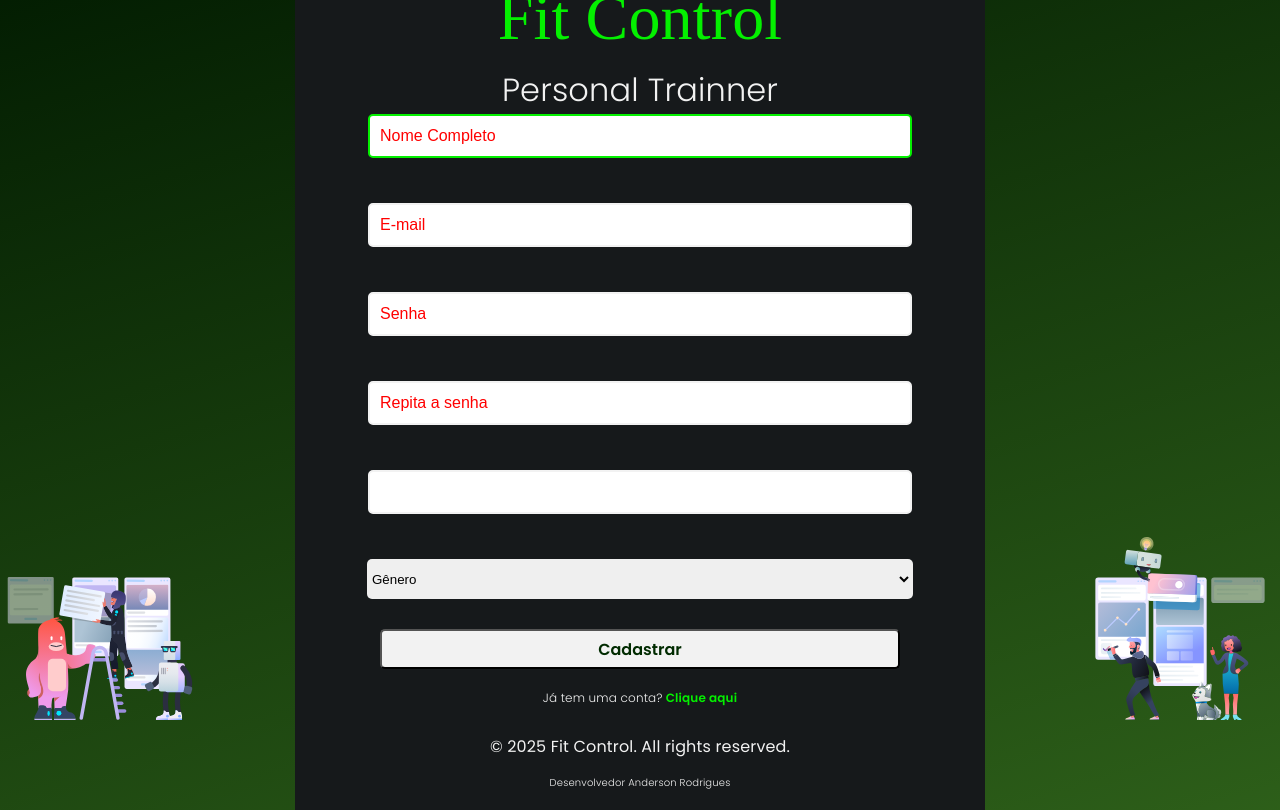
Repository: fit-control/frontend-fit-control
Page: /cadastro
These files come from the project's save history. The page is drawn as it stood at one moment and after the next save; the edit follows.
The browser window is 1280 px wide. The pictures show the whole page.
The page's requests for data from a server got no answer. Some web fonts or font styles are not loaded; a fallback is used. The project was rebuilt for these pictures with package versions that can differ from the ones it lists, and the page was loaded fresh each time. No one was signed in, and anything a server would have sent is missing. Also part of the build but not shown: next.config.js, vite.config.ts, src/components/containerCenterLogin.tsx, src/pages/About.tsx, src/pages/NotFound.tsx, src/components/AuthRoutes.tsx, src/pages/PaginaTeste.tsx.

Above is the page before, as saved 2025-03-23 17:20:14.

### src/main.tsx
import { StrictMode } from 'react'
import { createRoot } from 'react-dom/client'
import './App.css'
import App from './App.tsx'
import { AuthProvider } from './context/auth.tsx'

createRoot(document.getElementById('root')!).render(
  <StrictMode>
    <AuthProvider>
      <App />
    </AuthProvider>
  </StrictMode>,
)

### src/App.css
@import url('https://fonts.googleapis.com/css2?family=Alike+Angular&family=Platypi:ital,wght@0,300..800;1,300..800&family=Poppins:ital,wght@0,100;0,200;0,300;0,400;0,500;0,600;0,700;0,800;0,900;1,100;1,200;1,300;1,400;1,500;1,600;1,700;1,800;1,900&display=swap');
@import url('https://fonts.googleapis.com/css2?family=Aguafina+Script&family=Alike+Angular&family=Platypi:ital,wght@0,300..800;1,300..800&family=Poppins:ital,wght@0,100;0,200;0,300;0,400;0,500;0,600;0,700;0,800;0,900;1,100;1,200;1,300;1,400;1,500;1,600;1,700;1,800;1,900&display=swap');
/* @tailwind base;
@tailwind components;
@tailwind utilities; */

/* :root {
  --background: #ffffff;
  --foreground: #171717;
}

@media (prefers-color-scheme: light) {
  :root {
    --background: #0a0a0a;
    --foreground: #ededed;
  }
} */

body {
  padding: 0;
  margin: 0;
  font-family: Poppins, sans-serif;
  font-size: 16px;
  line-height: 1.5;
  font-weight: 400;
  width: 100vw;
  height: 100vh;
  letter-spacing: 0.01em;
  display: flex;
  justify-content: center;
  align-items: center;

  .iconPageLeft {
    position: absolute;
    left: 0;
    bottom: 0;
    max-width: 400px;
    max-height: 400px;

    @media (max-width: 1480px) {
      max-width: 300px;
      max-height: 300px;
    }
    @media (max-width: 1280px) {
      max-width: 200px;
      max-height: 200px;
    }
    @media (max-width: 930px) {
      display: none;
    }
  }
  .iconPageRight {
    position: absolute;
    right: 0;
    bottom: 0;
    max-width: 400px;
    max-height: 400px;

    @media (max-width: 1480px) {
      max-width: 300px;
      max-height: 300px;
    }

    @media (max-width: 1280px) {
      max-width: 200px;
      max-height: 200px;
    }
    @media (max-width: 930px) {
      display: none;
    }
  }

  .containerLogin {
    width: 650px;
    min-height: calc(100vh - 40px);
    display: flex;
    flex-direction: column;
    justify-content: space-between;
    padding: 20px;
    align-items: center;
    background-color: #16191B;

    @media (max-width: 930px) {
      width: calc(100vw - 40px);
      overflow: hidden;
    }
    .divTitle {
      margin-top: 40px;
      display: flex;
      flex-direction: column;
      align-items: center;
      justify-content: center;

      h1 {
        margin: 0;
        color: #04F000;
        font-family: 'Aguafina Script', cursive;
        font-size: 4rem;
        font-weight: 400;
      }
      h3 {
        margin: 0;
        color: #F2F2F2;
        font-family: 'Poppins', sans-serif;
        font-size: 2rem;
        font-weight: 300;
      }
      p {
        color: #F2F2F2;
        font-size: 12px;
        font-weight: 300;
        margin: 0;
        text-align: center;
        display: flex;
      }
    }
    p {
      text-align: center;
      display: flex;
      color: #F2F2F2;
    }
    footer {
      display: flex;
      flex-direction: column;
      align-items: center;
      justify-content: center;

      .assignDeveloper {
        margin: 0%;
        color: #F2F2F2;
        font-size: 10px;
        font-weight: 300;
      }
    }

    .centerCard {
      display: flex;
      flex-direction: column;
      align-items: center;
      justify-content: center;
      gap: 10px;
      width: -webkit-fill-available;

      select {
        width: 84%;
        border-radius: 5px;
        height: 40px;
        margin-bottom: 10px;
      }
      input {
        width: 80%;
        height: 40px;
        border: 2px solid #F2F2F2;
        border-radius: 5px;
        padding: 0 10px;
        /* background-color: #16191B; */
        color: #16191B;
        font-size: 16px;
        font-weight: 300;
        outline: none;
        margin-bottom: 35px;
        transition: all 0.3s ease;
        &::placeholder {
          color: red;
          font-size: 16px;
          font-weight: 300;
        }
        &:focus {
          border-color: #04F000;
        }
      }
      label {
        color: #F2F2F2;
        font-size: 16px;
        font-weight: 300;
        display: flex;
        justify-content: flex-start;
        width: 80%;
      }
      button {
        width: 80%;
        height: 40px;
        border-radius: 5px;
        padding: 0 10px;
        font-family: 'Poppins', sans-serif;
        font-size: 16px;
        font-weight: 600;
        outline: none;
        transition: all 0.3s ease;
      }
      .button1{
        background-color: #012B00 !important;
        color: #FFFFFF !important;
      }
      .button1:hover{
        border: 2px solid #04F000;
        transition: all 0.4s ease-in-out;
      }
      .registerButton {
        background-color: #F2F2F2;
        color: #012B00;
        font-family: 'Poppins', sans-serif;
        font-size: 16px;
        font-weight: 600;
        outline: none;
        transition: all 0.3s ease;
        margin-top: 10px;

      }
      .registerButton:hover {
        background-color: #012B00;
        text-decoration: underline;
        color: #F2F2F2;
        border: 2px solid #04F000;
        cursor: pointer;
        transition: all 0.4s ease-in-out;
      }
      .registerLink {
        color: #04F000;
        font-weight: 600;
      }
      .tagRegister {
        margin-top: 10px;
        font-size: 12px;
        font-weight: 300;
        gap: 3px;
        cursor: pointer;
      }
      .registerLink {
        color: #04F000;
        font-weight: 600;
        text-decoration: none;
      }
      .registerLink:hover {
        text-decoration: underline;
      }
    }
  }
}

### src/App.tsx
import './App.css'
import Home from './pages/Home'
import About from './pages/About';
import NotFound from './pages/NotFound';
import { BrowserRouter as Router, Route, Routes } from "react-router-dom";
import AuthRoutes from './components/AuthRoutes';
import PaginaTeste from './pages/PaginaTeste';

function App() {

  return (
    <Router>
      <div>
      <Routes>
        <Route index element={<Home />} />
        <Route path="/cadastro" element={<Home />}/>
          <Route element={<AuthRoutes />}>
            <Route path="/pagina-teste" element={<PaginaTeste />}/>
          </Route>
          <Route path="/about" element={<About />} />
        <Route path="*" element={<NotFound />} />
      </Routes>
      </div>
    </Router>
  );
}

export default App

### src/context/auth.tsx
import React, { createContext, useContext, useState, useEffect, useCallback } from "react";
import axios from "axios";
import api from "../api/api";

interface User {
  id: string;
  email: string;
  password: string;
  name: string;
  role: string;
}

interface AuthContextType {
  user: User | null;
  login: (email: string, password: string) => Promise<User>;
  logout: () => void;
  isAuthenticated: boolean;
}

// Criação do contexto
const AuthContext = createContext<AuthContextType>({
  user: {
    id: '',
    email: '',
    password: '',
    name: '',
    role: ''
  },
  login: async () => ({
    id: '',
    email: '',
    password: '',
    name: '',
    role: ''
  }),
  logout: () => {},
  isAuthenticated: false
});

// Provider do contexto de autenticação
export const AuthProvider = ({ children }: { children: React.ReactNode }) => {
  const [user, setUser] = useState<User | null>(null);
  const [isAuthenticated, setIsAutenticatad] = useState<boolean>(false);

  const logout = () => {
    setIsAutenticatad(false);
    setUser(null);
    localStorage.removeItem("token");
    delete axios.defaults.headers.common["Authorization"];
  };

  const fetchUserData = useCallback(async (authToken: string) => {
    try {
      const response = await axios.get("/auth/me", {
        headers: { Authorization: `Bearer ${authToken}` },
      });
      setUser(response.data);
    } catch (error) {
      console.error("Erro ao buscar dados do usuário:", error);
      logout();
    }
  }, []);

  useEffect(() => {
    // Verifica se há um token salvo no localStorage ao carregar a aplicação
    const storedToken = localStorage.getItem("token");
    if (storedToken) {
      setIsAutenticatad(true);
      axios.defaults.headers.common["Authorization"] = `Bearer ${storedToken}`;
      fetchUserData(storedToken); // Busca os dados do usuário autenticado
    }
  }, [fetchUserData]);

  const login = async (email: string, password: string): Promise<User> => {
    console.log("Iniciando login com:", email, password);

    try {
      const response = await api.post("/api/login", { email, password });
      console.log("Resposta da API:", response.data);

      const { token } = response.data;

      if(token)setIsAutenticatad(true);
      localStorage.setItem("token", token);
      axios.defaults.headers.common["Authorization"] = `Bearer ${token}`;

      const fakeUser: User = {
        id: "123",
        email,
        password,
        name: "Usuário Fake",
        role: "Admin",
      };

      setUser(fakeUser);
      console.log("Usuário autenticado:", fakeUser);
      console.log(isAuthenticated)

      return fakeUser;
    } catch (error) {
      console.warn("Erro no login:", error);
      throw error; // Re-lança o erro para ser tratado pelo componente
    }
  };



  return (
    <AuthContext.Provider value={{ user, isAuthenticated, login, logout }}>
         {children}
    </AuthContext.Provider>
  );
};

// Hook para consumir o contexto
export const useAuth = () => useContext(AuthContext);

### src/pages/Home.tsx
import ContainerCenterCadastro from "../components/containerCenterCadastro";
import ContainerCenterLogin from "../components/containerCenterLogin";
import { useLocation } from "react-router-dom";

function Home() {
  const location = useLocation();
  return (
    <div className="items-center justify-items-center min=w-screen flex fundo_login" style={{
      width: '100vw',
      background: 'linear-gradient(343deg, rgba(22, 77, 0, 0.9), rgba(0, 25, 0, 10.9))'
    }}>
       {location.pathname === "/cadastro" ? <ContainerCenterCadastro /> : <ContainerCenterLogin />}
    </div>
  );
}
export default Home;

### src/api/api.ts
import axios from "axios";

const baseURL = import.meta.env.VITE_BASE_URL; // Use import.meta.env
const api = axios.create({
  baseURL: baseURL, // URL base da API
  timeout: 5000, // Tempo limite para requisições
  headers: { "Content-Type": "application/json" }, // Cabeçalhos padrão
});

// Interceptor para adicionar o token de autenticação nas requisições
api.interceptors.request.use(
    (config) => {
      // Recuperar o token do localStorage (ou outra fonte)
      const token = localStorage.getItem("token");

      if (token) {
        // Adicionar o token no cabeçalho da requisição
        config.headers.Authorization = `Bearer ${token}`;
      }

      // Retornar a configuração modificada
      return config;
    },
    (error) => {
      // Tratar erros na configuração da requisição
      console.error("Erro ao configurar a requisição:", error);
      return Promise.reject(error);
    }
  );

  // Interceptor para tratar respostas da API
  api.interceptors.response.use(
    (response) => {
      // Aqui você pode processar a resposta antes de retornar os dados
      console.log("Resposta bem-sucedida:", response);
      return response;
    },
    (error) => {
      // Tratar erros de resposta (ex.: erro 401 ou 500)
      if (error.response) {
        console.error("Erro na resposta da API:", error.response.data);

        // Exemplo: Redirecionar para login em caso de erro 401 (não autorizado)
        if (error.response.status === 401) {
          console.log("Token expirado. Redirecionando para login...");
          window.location.href = "/";
        }
      } else {
        console.error("Erro na requisição:", error.message);
      }

      return Promise.reject(error);
    }
  );

export default api;

### src/components/containerCenterCadastro.tsx
import { useAuth } from "../context/auth";
import { useState } from "react";
// import { useNavigate } from "react-router-dom";
import { ToastContainer, toast } from "react-toastify";
import "react-toastify/dist/ReactToastify.css";
import { useForm } from 'react-hook-form'
import { User } from "../types/AuthType";
import { useNavigate } from "react-router-dom";

const ContainerCenterCadastro = () => {

  const { login } = useAuth();
  const navigate = useNavigate();
  const [loading, setLoading] = useState(false);


  const [errorMessage, setErrorMessage] = useState<string | undefined>(
    undefined,
  )

  const {
    handleSubmit,
    register,
    getValues} = useForm<User>({
    mode: 'onSubmit',
  })

  const handleFormSubmit = async ({ nomeCompleto, email, password, genero }: User) => {
    console.log("ENTROU AQUI", nomeCompleto, email, password, genero);
    setLoading(true);
    // const credentials = { user, password }
    // setDadosProfileLocalStorage(credentials)

    try {
      const response = await login(email, password)
      if (response) {
        toast.success(`Seja bem vindo ${response.name}! login realizado com sucesso.`)
        // setTimeout(() => {
        //   navigate('/pagina-teste')
        // }, 1000)
      }
    } catch (error) {
      // setFocus('email')
      // setFocus('password')
      toast.error('Email ou senha inválidos. Tente novamente.')
      if (error instanceof Error) setErrorMessage(error.message)
        setTimeout(() => {
          setErrorMessage(() => '')
        }, 2000)
    }finally{
      setLoading(false);
    }
  }
  return (
    <form style={{
      width: '100vw',
      justifyContent: "center",
      display: "flex",
    }} onSubmit={(e) => {
      e.preventDefault();
      console.log("Valores no form:", getValues());
      handleSubmit(handleFormSubmit)(e);
    }}>
      <img src="/trello-right.e6e102c7 (1).svg" alt="iconPageLeft" className="iconPageLeft" />
        <main className="containerLogin">
        <div className="divTitle">
          <h1 className="title">Fit Control</h1>
          <h3 className="subtitle">Personal Trainner</h3>
        </div>
        <div className="centerCard">
            <input
            type="text"
            placeholder="Nome Completo"
            {...register('nomeCompleto', {
              required: 'Nome é obrigatório',
            })}
            autoFocus
            style={{ borderColor: errorMessage ? "red" : "" }}
          />
          <input
            type="text"
            placeholder="E-mail"
            {...register('email', {
              required: 'Email é obrigatório',
              pattern: {
                value: /^[a-zA-Z0-9._%+-]+@[a-zA-Z0-9.-]+\.[a-zA-Z]{2,}$/,
                message: 'Email inválido',
              },
            })}
            style={{ borderColor: errorMessage ? "red" : "" }}
          />
          <input
            type="password"
            placeholder="Senha"
            {...register('password', {
              required: 'Senha é obrigatória',
              pattern: {
                value:
                  /^(?=.*\d)(?=.*[a-z])(?=.*[A-Z])(?=.*[!@#$%^&.*])[0-9a-zA-Z!@#$%^&*]{6,}$/,
                message:
                  'Senha deve ter pelo menos 6 caracteres, incluindo letras maiúsculas, minúsculas, números e caracteres especiais',
              },

            })}
            style={{ borderColor: errorMessage ? "red" : ""}}
          />
          <input
            type="password"
            placeholder="Repita a senha"
            {...register('password', {
              required: 'Senha é obrigatória',

            })}
            style={{ borderColor: errorMessage ? "red" : ""}}
          />
          <input
            type="text"
            {...register('telefone')}
            style={{ borderColor: errorMessage ? "red" : ""}}
          />
           <select {...register('genero')} style={{ borderColor: errorMessage ? "red" : "transparent" }}>
                <option value="">Gênero</option>
                <option value="homem">Homem</option>
                <option value="mulher">Mulher</option>
            </select>

          <button disabled={loading} type="submit" className="registerButton">
            {loading ? 'Carregando...' : 'Cadastrar'}
          </button>
          <p className="tagRegister">Já tem uma conta? <a onClick={(e) => {
            e.preventDefault(); // Impede a ação padrão do botão
            setTimeout(() => {
              navigate('/');
            }, 200);
          }} className="registerLink">Clique aqui</a></p>
        {errorMessage && (
              <div style={{ maxWidth: '85%', textAlign: 'center', color: 'red' }}>
                {errorMessage}
              </div>
            )}
        </div>

        <footer className="">
          <p className="">
            &copy; {new Date().getFullYear()} Fit Control. All rights reserved.
          </p>
          <p className="assignDeveloper">Desenvolvedor Anderson Rodrigues</p>
        </footer>
      </main>
      <img src="/trello-left.4f52d13c (1).svg" alt="iconPageRight" className="iconPageRight" />
      <ToastContainer />
    </form>
  );
};

export default ContainerCenterCadastro;

Loaded but not shown: index.html (common file); tailwind.config.js (common file)

After the next save:
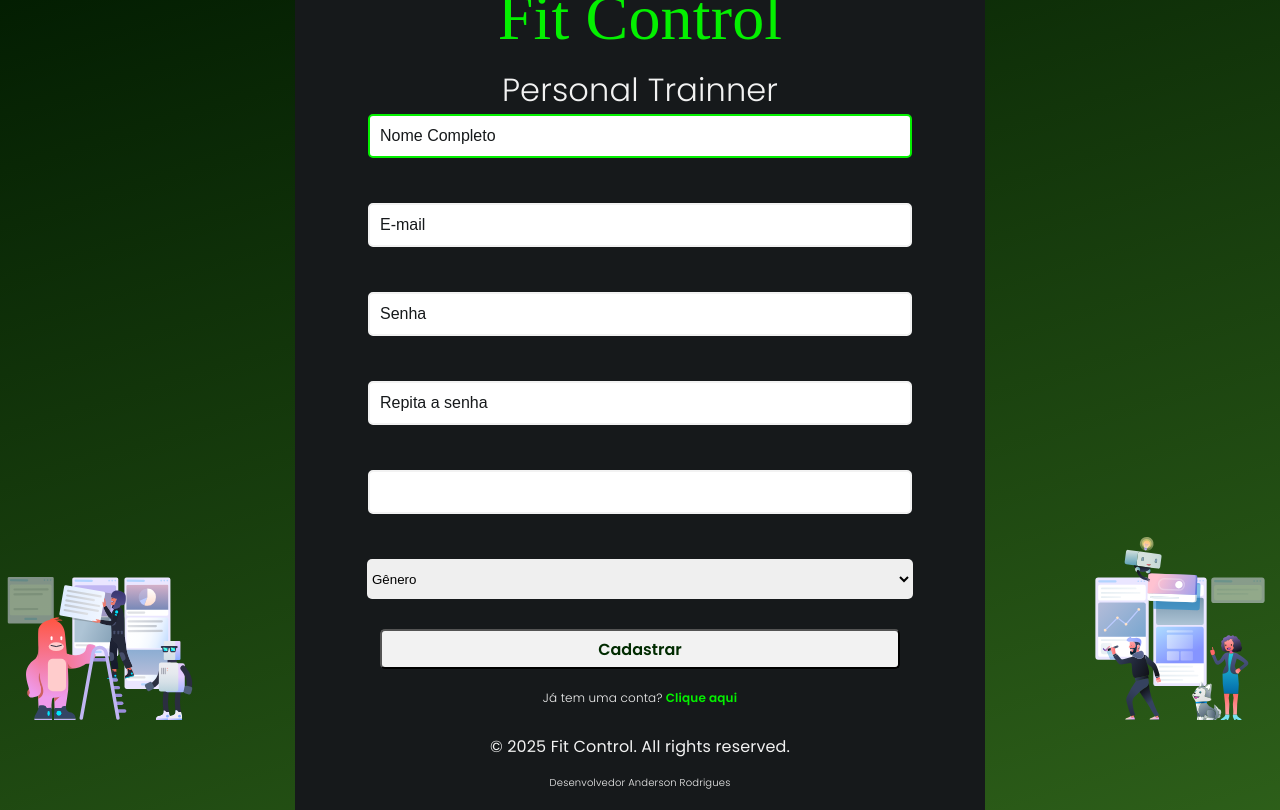
Saved 35 s later.
--- a/src/App.css
+++ b/src/App.css
@@ -161,7 +161,7 @@ body {
         margin-bottom: 35px;
         transition: all 0.3s ease;
         &::placeholder {
-          color: red;
+          color: #16191B;
           font-size: 16px;
           font-weight: 300;
         }
